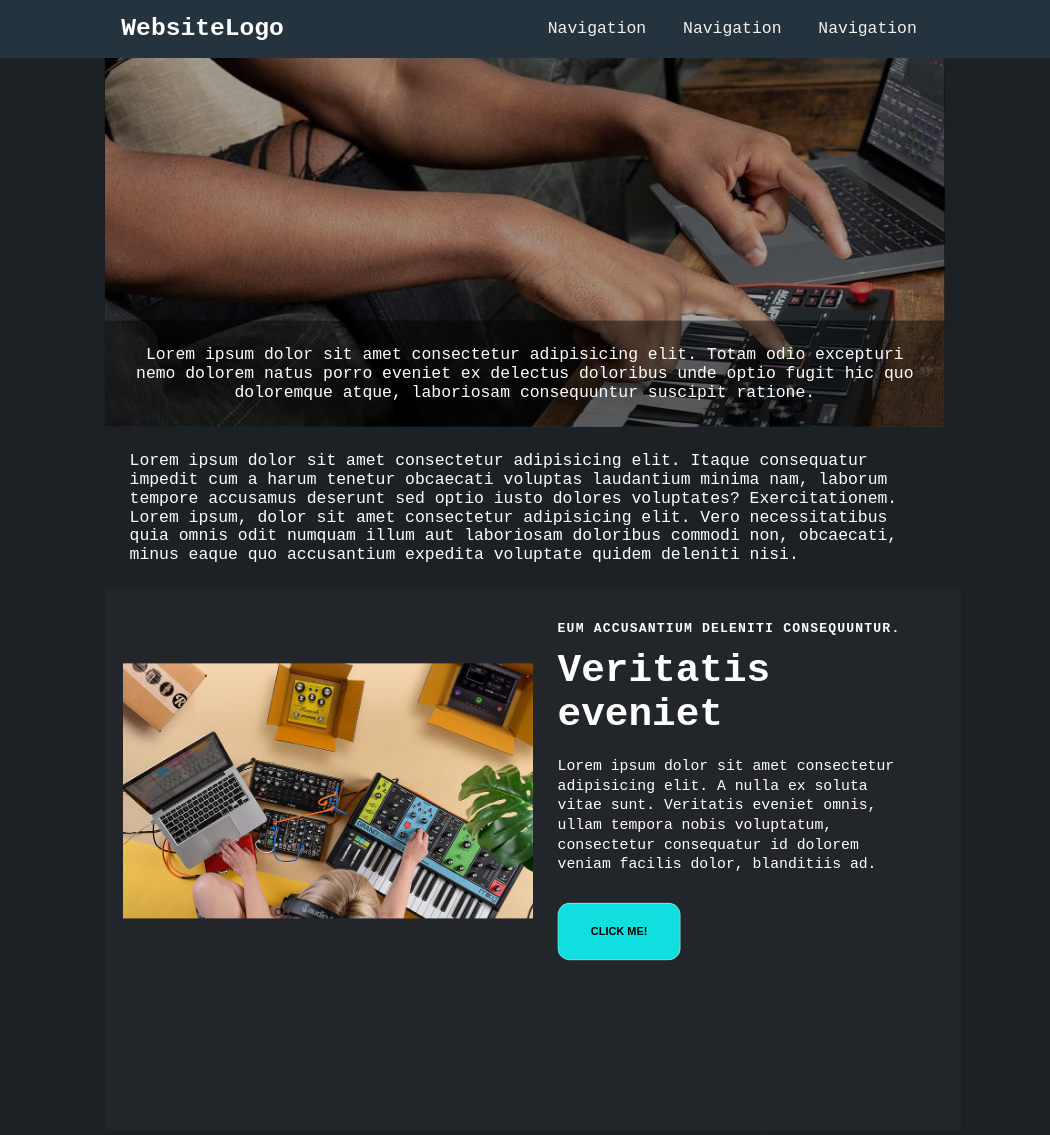
Repository: piotrokrutniak/Projekt-Studia
Page: index.html
These files come from the project's save history. The page is drawn as it stood at one moment and after the next save; the edit follows.
The browser window is 1280 px wide. The pictures show the whole page, at 82% of full size.

Above is the page before, as saved 2023-03-04 15:50:23.

After the next save:
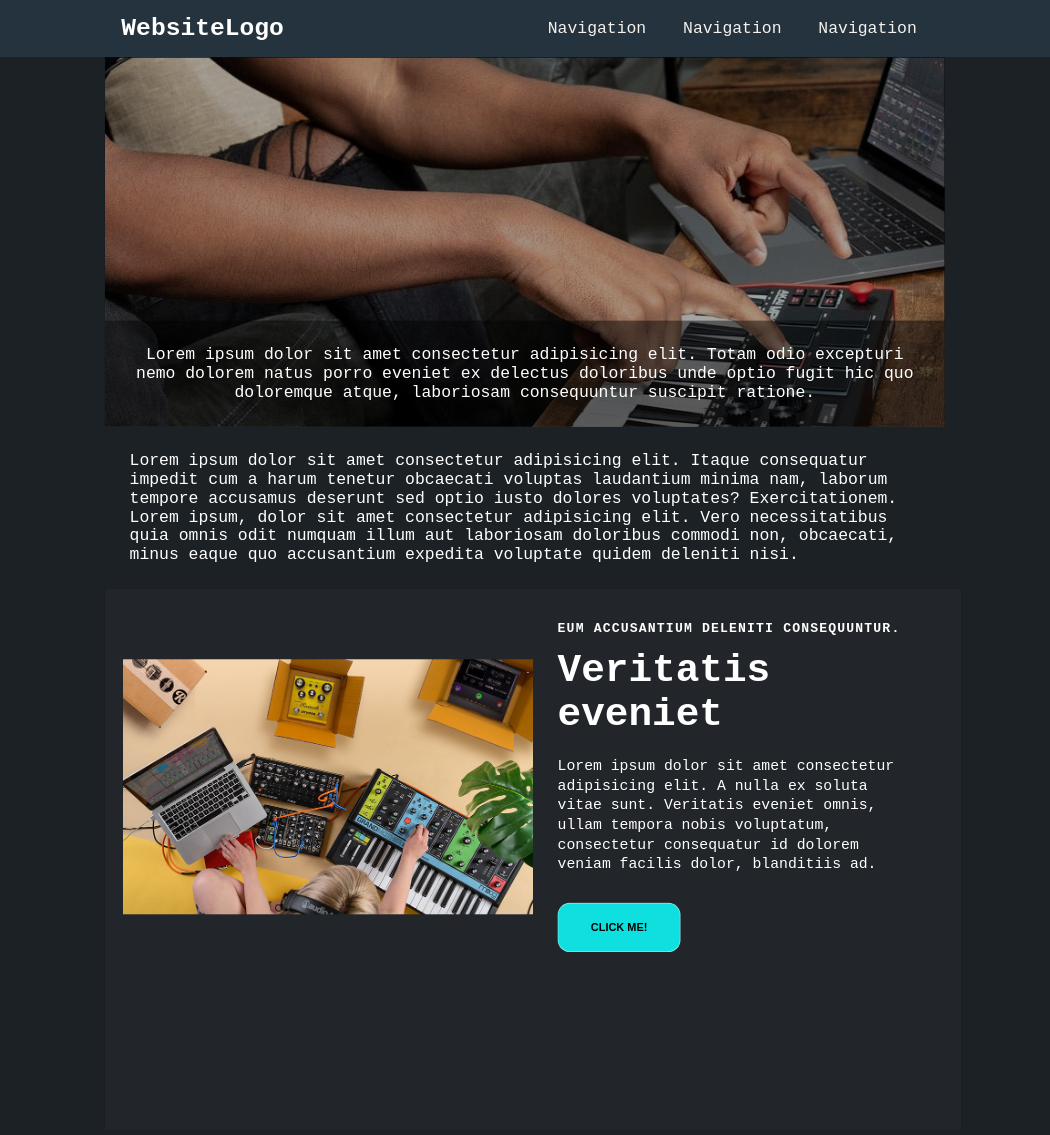
Saved 6 s later.
--- a/styles.css
+++ b/styles.css
@@ -321,7 +321,7 @@ a{
     background-color: rgb(16, 223, 223);
     border: 1px solid rgba(255, 255, 255, 0.418);
     border-radius: 15px;
-    height: 70px;
+    height: 60px;
     transition: 0.13s;
     transition-timing-function: ease-in;
     font-weight: 600;
